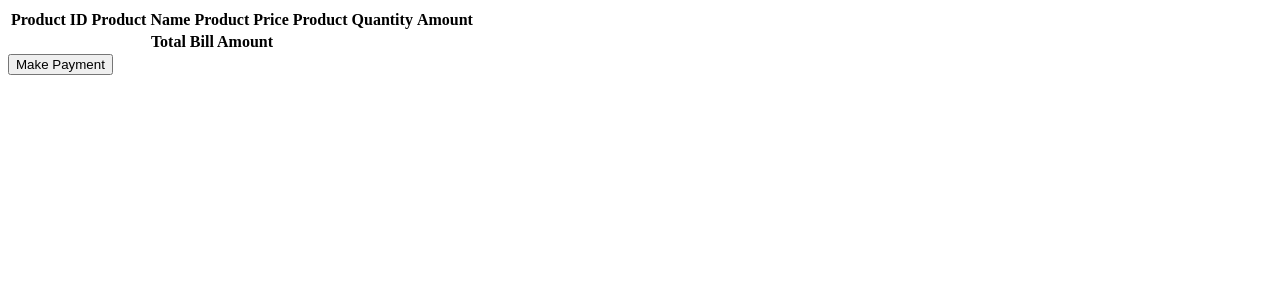
Repository: devgpta19/CDAC-Assignments
Page: http://localhost/ProductsAndUsersUsingJSPAndServlet/showProduct.jsp
The author's editor kept a copy of each file at every save. The page is drawn from the files as they stood at one save, then again after the next save.
The browser window is 1280 px wide. The pictures show the whole page.
The page is served by Tomcat 9.

Above is the page before, as saved 2025-11-27 05:48:48.

After the next save:
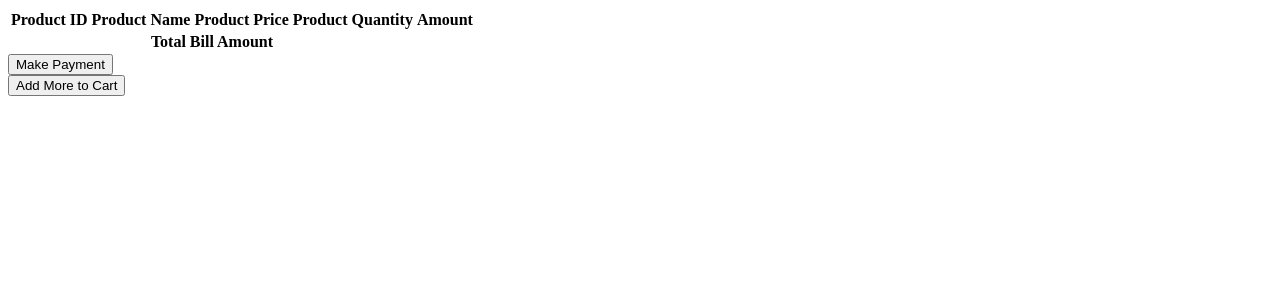
Saved 1 s later.
--- a/Adv.Java/Day6-8/ProductsAndUsersUsingJSPAndServlet/src/main/webapp/showProduct.jsp
+++ b/Adv.Java/Day6-8/ProductsAndUsersUsingJSPAndServlet/src/main/webapp/showProduct.jsp
@@ -42,7 +42,7 @@
 	</form>
 
 	<form action="Category">
-	<button type="submit" name="btn" id="btn >Add More to Cart</button>
+	<button type="submit" name="btn" id="btn" >Add More to Cart</button>
 	</form>
 </body>
 </html>
